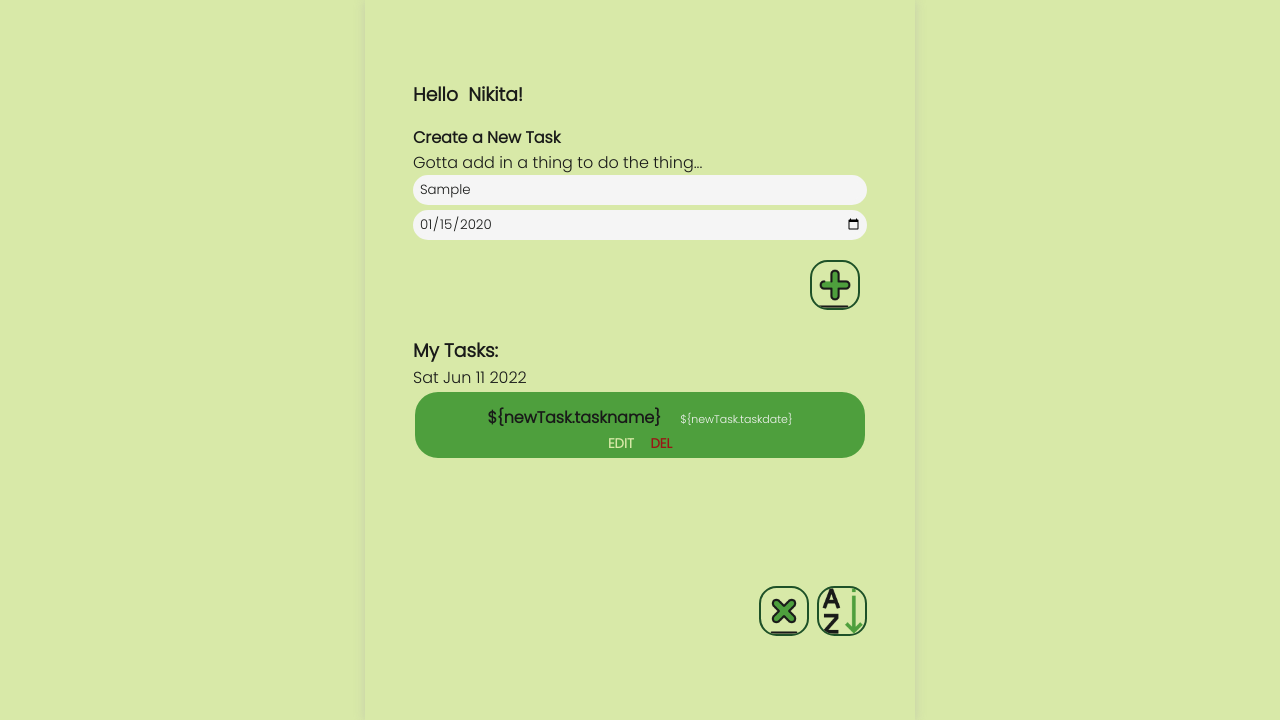
Repository: acidpixie/todo-app-version3
Page: index.html
An editor plug-in stored every save of this project. The page is shown before and after the next save, followed by the edit.
The browser window is 1280 px wide. The pictures show the whole page.
Empty fields were first filled with sample values (such as "Sample", 5 or name@example.com).
After loading, the first visible `#add-new-task-button` was clicked once.

Above is the page before, as saved 2022-06-11 20:28:54.
Console error: ReferenceError: clearTasks is not defined

After the next save:
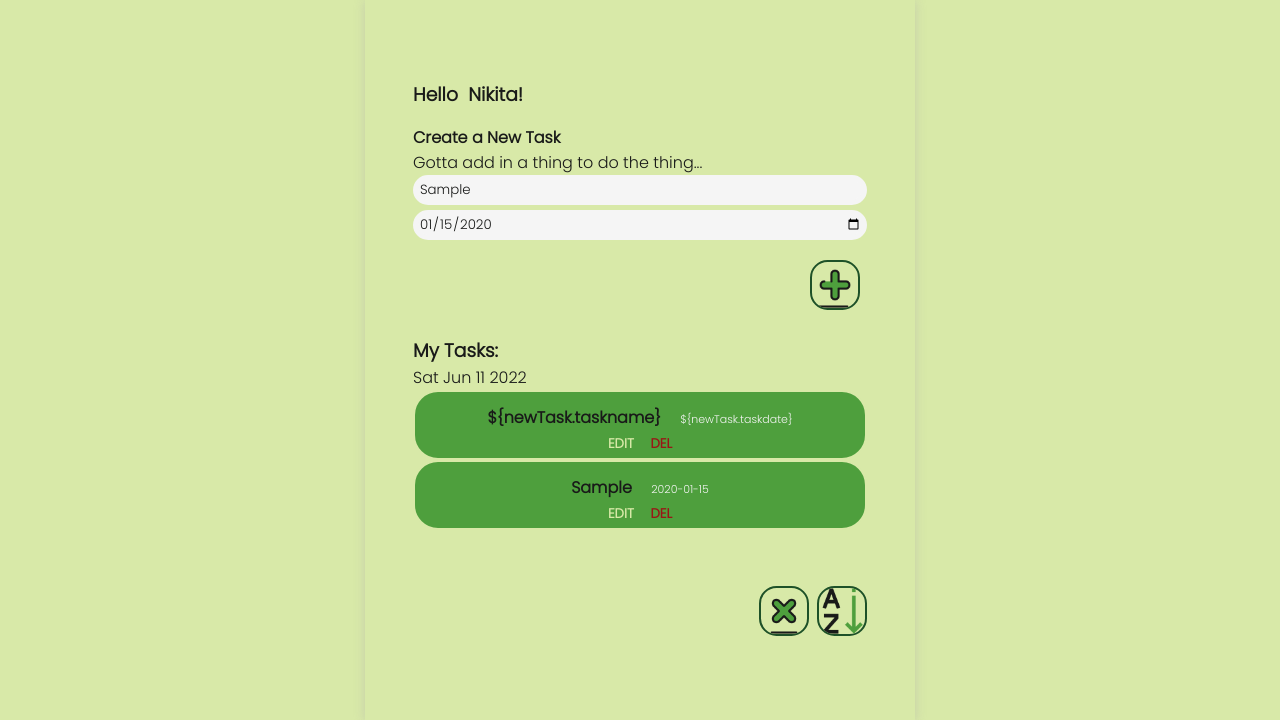
Console error: ReferenceError: myArray is not defined
Saved 26 min 29 s later.
--- a/js/script.js
+++ b/js/script.js
@@ -119,30 +119,71 @@ class Task {
             editInputTask.innerHTML = userInputTask;
             editInputDate.innerHTML = userInputDate;
 
-            setToDefault()
+            setToDefault();
+
+        } else if (userInputTask === "") {
+            emptyInput.innerHTML = "task input cannot be blank";
+        } else {
+            emptyInput.innerHTML = "";
         }
-
-
-
-
-
-
-
-
-
-
     }
 
+    // clear tasks
+
+    function clearTasks() {
+        const allTasks = document.querySelectorAll(".list-item");
+
+        if (allTasks.length > 0) {
+            allTasks.forEach(function (listItem) {
+                taskList.removeChild(listItem);
+            });
+
+            setToDefault();
+            localStorage.removeItem("todo-app-storage-key");
+        }
+    }
+
+    //sort tasks a-z
+
+    function sortTasks() {
+        [...taskList.children]
+        .sort((a, b) => (a.innerText > b.innerText ? 1 : -1))
+        .forEach((node) => taskList.appendChild(node));
+    }
+
+    //delete tasks
+
     function deleteTask(event) {
-
         const element = event.currentTarget.parentElement.parentElement;
         const id = element.dataset.id;
         taskList.removeChild(element);
 
-        setToDefault();
+        setToDefault()
     }
+
+    // edit tasks
+
+    function editTask(event) {
+        const element = event.currentTarget.parentElement.parentElement;
+        const attrE = document.createAttribute("contenteditable");
+        attrE.value = true;
+        element.setAttributeNode(attrE);
+
+        editId = element.dataset.id;
+        isEdit = true;
+
+    }
+
 
     function setToDefault() {
         taskInput.value = "";
         taskInputDate.value = "";
+        isEdit = false;
+        editId = "";
     }
+
+    function saveToLocalStorage() {
+        taskArray = JSON.stringify(myArray);
+        localStorage.setItem(LOCAL_STORAGE_APP_KEY, taskArray);
+        taskArray = JSON.parse(localStorage.getItem(LOCAL_STORAGE_APP_KEY));
+    }
